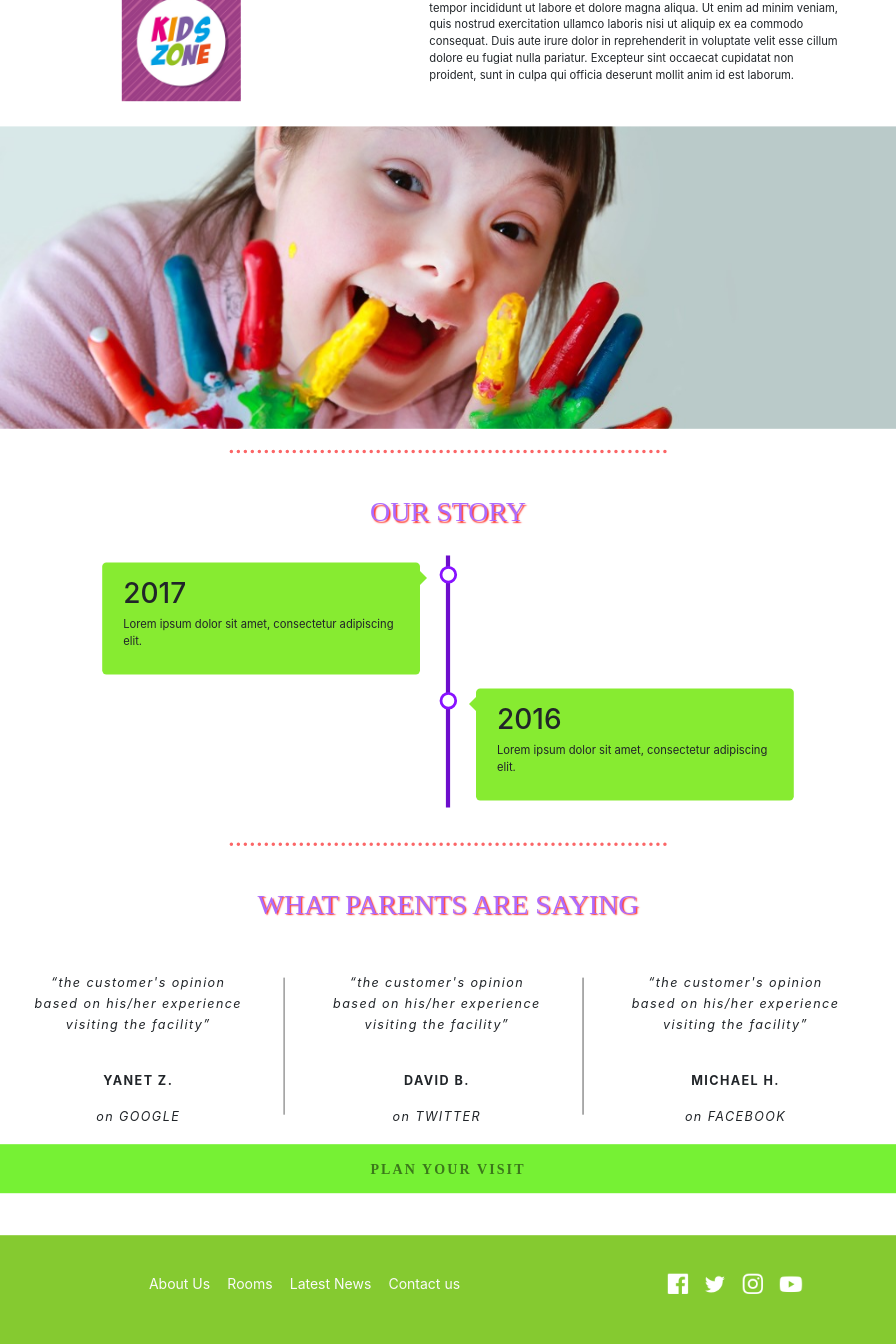
Repository: Code-Institute-Submissions/my-first-frontend-milestone-project
Page: about.html
The author's editor kept a record of every edit. The page is drawn from the files as they stood at one moment, then again after the next edit.
The browser window is 1280 px wide. The pictures show the part of the page from y = 722 to 2642 px (the page is 2642 px tall), at 70% of full size.
Some web fonts or font styles are not loaded; a fallback is used.

Above is the page before.

After the next edit:
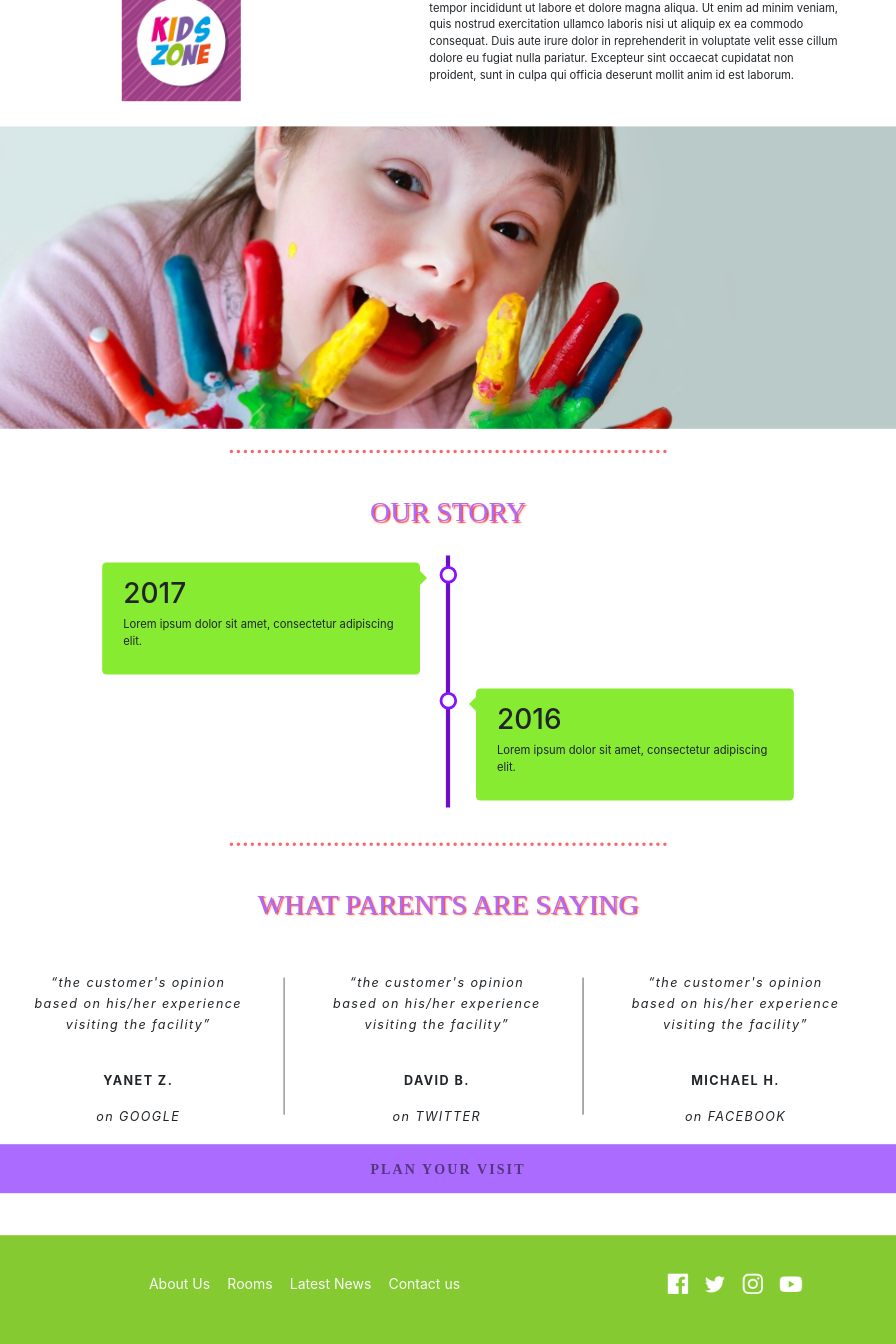
The edit:
--- a/css/style.css
+++ b/css/style.css
@@ -325,7 +325,7 @@
 .planyourvisit-btn{
     display:block;
     text-align: center;
-    background:#76F134;
+    background:#AB6BFF;
     background-size:cover;
     color:rgba(0,0,0,.5);
     font-weight: bold;
